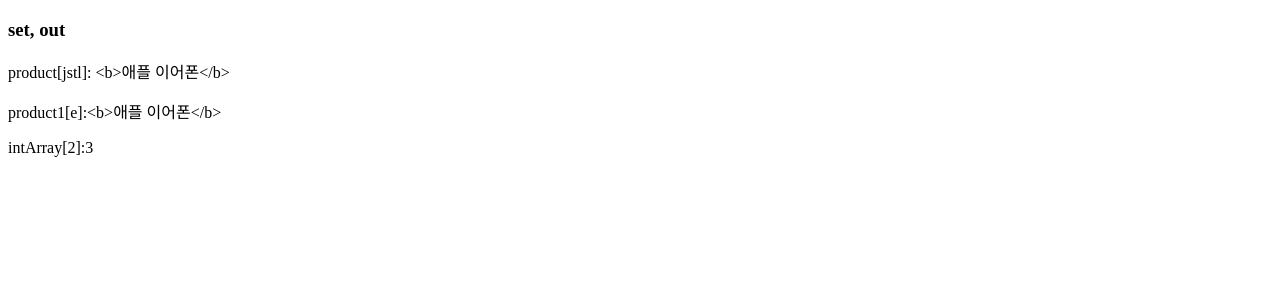
Repository: Hwater00/JSP-practice
Page: http://localhost/jwbook/ch07/jstlExam.jsp
These files come from the project's save history. The page is drawn as it stood at one moment and after the next save; the edit follows.
The browser window is 1280 px wide. The pictures show the whole page.
The page is served by Tomcat 9. Other server files are loaded and not shown.

Above is the page before, as saved 2023-07-31 02:14:57.

### javaWorkspace/jwbook/src/main/webapp/ch07/jstlExam.jsp
<%@ page language="java" contentType="text/html; charset=UTF-8" pageEncoding="UTF-8"%>
<%@ taglib uri="http://java.sun.com/jsp/jstl/core" prefix="c" %>

<!DOCTYPE html>
<html>
<head>
<meta charset="UTF-8">
<title>종합예제</title>
</head>
<body>
    <h3>set, out</h3>
    <c:set var="product1" value="<b>애플 이어폰</b>" />
    <c:set var="product2" value="삼성 갤럭시 노트" />
     <c:set var="intArray" value="${[1,2,3,4,5]}" />

    <p>
    product[jstl]:
    <c:out value="${product1}" default="Not register" escapeXml="true" />
    </p>
    <p>product1[e]:<c:out value="${product1}" /></p>
    <p>intArray[2]:${intArray[2]}</p>
</body>
</html>

After the next save:
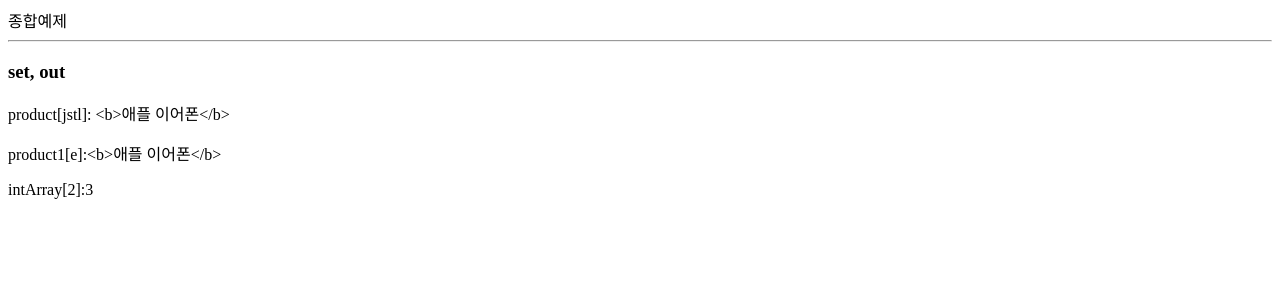
Saved 2 min 7 s later.
--- a/javaWorkspace/jwbook/src/main/webapp/ch07/jstlExam.jsp
+++ b/javaWorkspace/jwbook/src/main/webapp/ch07/jstlExam.jsp
@@ -8,6 +8,8 @@
 <title>종합예제</title>
 </head>
 <body>
+종합예제
+<hr>
     <h3>set, out</h3>
     <c:set var="product1" value="<b>애플 이어폰</b>" />
     <c:set var="product2" value="삼성 갤럭시 노트" />
